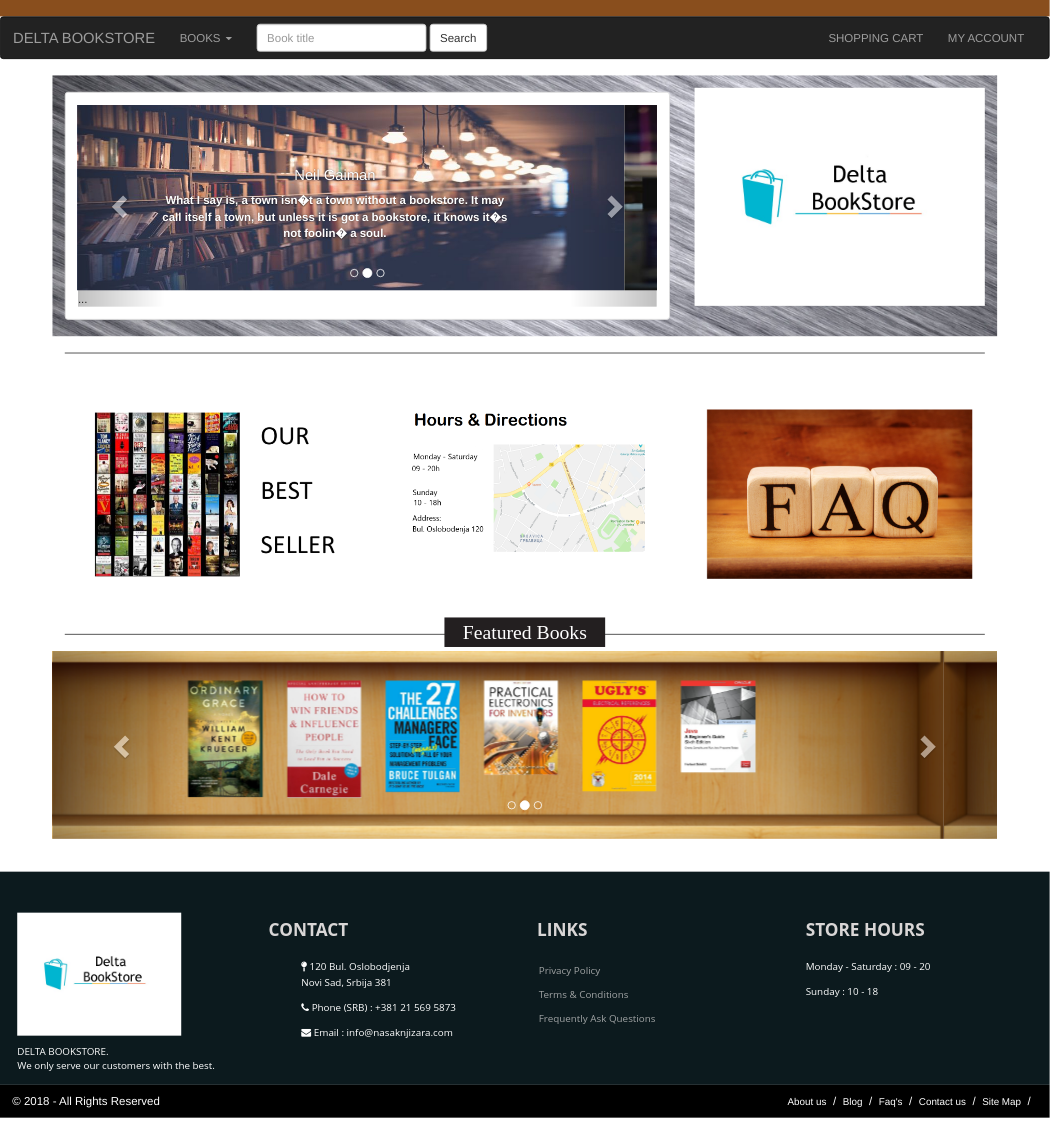
Repository: lazarsimic/bookstore
Page: http://localhost/index
These files come from the project's save history. The page is drawn as it stood at one moment and after the next save; the edit follows.
The browser window is 1280 px wide. The page is 1295 px wide, so the pictures cover 1295 px, including what lies to the right of the window. The pictures show the whole page, at 82% of full size.
The page is this project's Thymeleaf template; nobody is signed in. The template is opened directly, without the code that normally fills it, so the values that code supplies are empty.

Above is the page before, as saved 2018-10-31 13:55:39.

### Bookstore/src/main/resources/templates/index.html

<!DOCTYPE html>
<html lang="en" xmlns:th="http://www.w3.org/1000/xhtml">
<head th:replace="common/header :: common-header" />

<body>
	<div th:replace="common/header :: navbar" />

	<div class="container">
		<div class="row banner">
			<!-- carousel -->
			<div class="col-xs-8">
				<div class="panel panel-default" style="margin-top: 20px;">
					<div class="panel-body">
						<div id="carousel-example-generic" class="carousel slide"
							data-ride="carousel">
							<!-- Indicators -->
							<ol class="carousel-indicators">
								<li data-target="#carousel-example-generic" data-slide-to="0"
									class="active"></li>
								<li data-target="#carousel-example-generic" data-slide-to="1"></li>
								<li data-target="#carousel-example-generic" data-slide-to="2"></li>
							</ol>

							<!-- Wrapper for slides -->
							<div class="carousel-inner" role="listbox">
								<div class="item active">
									<img src="/image/slika18.jpg" alt="..." />
									<div class="carousel-caption">
										<h4>Neil Gaiman</h4>
										<p><strong>What I say is, a town isn’t a town without a bookstore.
											It may call itself a town, but unless it is got a bookstore,
											it knows it’s not foolin’ a soul.</strong></p>
									</div>
								</div>
								<div class="item">
									<img src="/image/slika19.jpg" alt="..." />
									<div class="carousel-caption">
										<h4>Agatha Christie</h4>
										<p><strong>It is clear that the books owned the shop rather than
											the other way about. Everywhere they had run wild and taken
											possession of their habitat, breeding and multiplying, and
											clearly lacking any strong hand to keep them down.</strong></p>
									</div>
								</div>
								<div class="item">
									<img src="/image/slika20.jpg" alt="..." />
									<div class="carousel-caption">
										<h4>Rachel Cohn</h4>
										<p><strong>We all just took the bookstore at its word, because if
											you couldn't trust a bookstore, what could you trust?</strong></p>
									</div>
								</div>
								...
							</div>

							<!-- Controls -->
							<a class="left carousel-control" href="#carousel-example-generic"
								role="button" data-slide="prev"> <span
								class="glyphicon glyphicon-chevron-left" aria-hidden="true"></span>
								<span class="sr-only">Previous</span>
							</a> <a class="right carousel-control"
								href="#carousel-example-generic" role="button" data-slide="next">
								<span class="glyphicon glyphicon-chevron-right"
								aria-hidden="true"></span> <span class="sr-only">Next</span>
							</a>
						</div>
					</div>
				</div>
			</div>
			<div class="col-xs-4">
				<a th:href="@{/}"><img src="/image/logo.png"
					class="img-responsive" /></a>
			</div>
		</div>

		<hr />

		<div class="row">
			<div class="col-xs-4">
				<div clas="panel panel-default">
					<div class="panel-body">
						<a th:href="@{/bookshelf}"><img src="/image/bestseller.png"
							class="img-responsive" /></a>
					</div>
				</div>
			</div>
			<div class="col-xs-4">
				<div clas="panel panel-default">
					<div class="panel-body">
						<a th:href="@{/hours}"><img src="/image/radnovr.png"
							class="img-responsive" /></a>
					</div>
				</div>
			</div>
			<div class="col-xs-4">
				<div clas="panel panel-default">
					<div class="panel-body">
						<a th:href="@{/faq}"><img src="/image/faq.png"
							class="img-responsive" /></a>
					</div>
				</div>
			</div>
		</div>

		<div>
			<div class="home-headline">
				<span>Featured Books</span>
			</div>
			<hr style="margin-top: -15px;" />
		</div>


		<div class="row">
			<div id="featured-books" class="carousel slide" data-ride="carousel">
				<!-- Indicators -->
				<ol class="carousel-indicators">
					<li data-target="#featured-books" data-slide-to="0" class="active"></li>
					<li data-target="#featured-books" data-slide-to="1"></li>
					<li data-target="#featured-books" data-slide-to="2"></li>
				</ol>

				<!-- Wrapper for slides -->
				<div class="carousel-inner" role="listbox">
					<div class="item active">
						<img src="/image/shelf.png" class="img-responsive" />
						<div class="carousel-caption">
							<div class="row">
								<div class="col-xs-2">
									<a th:href="@{/bookshelf}"><img class="img-responsive" src="/image/books/11.png" /></a>
								</div>
								<div class="col-xs-2">
									<a th:href="@{/bookshelf}"><img class="img-responsive" src="/image/books/7.png" /></a>
								</div>
								<div class="col-xs-2">
									<a th:href="@{/bookshelf}"><img class="img-responsive" src="/image/books/8.png" /></a>
								</div>
								<div class="col-xs-2">
									<a th:href="@{/bookshelf}">	<img class="img-responsive" src="/image/books/9.png" /></a>
								</div>
								<div class="col-xs-2">
									<a th:href="@{/bookshelf}">	<img class="img-responsive" src="/image/books/10.png" /></a>
								</div>
								<div class="col-xs-2">
									<a th:href="@{/bookshelf}">	<img class="img-responsive" src="/image/books/12.png" /></a>
								</div>
							</div>
						</div>
					</div>
					<div class="item">
						<img src="/image/shelf.png" class="img-responsive" />
						<div class="carousel-caption">
							<div class="row">
								<div class="col-xs-2">
									<a th:href="@{/bookshelf}"><img class="img-responsive" src="/image/books/3.png" /></a>
								</div>
								<div class="col-xs-2">
									<a th:href="@{/bookshelf}"><img class="img-responsive" src="/image/books/9.png" /></a>
								</div>
								<div class="col-xs-2">
									<a th:href="@{/bookshelf}"><img class="img-responsive" src="/image/books/12.png" /></a>
								</div>
								<div class="col-xs-2">
									<a th:href="@{/bookshelf}"><img class="img-responsive" src="/image/books/4.png" /></a>
								</div>
								<div class="col-xs-2">
									<a th:href="@{/bookshelf}"><img class="img-responsive" src="/image/books/6.png" /></a>
								</div>
								<div class="col-xs-2">
									<a th:href="@{/bookshelf}"><img class="img-responsive" src="/image/books/2.png" /></a>
								</div>
							</div>
						</div>
					</div>
					<div class="item">
						<img src="/image/shelf.png" class="img-responsive" />
						<div class="carousel-caption">
							<div class="row">
								<div class="col-xs-2">
									<a th:href="@{/bookshelf}"><img class="img-responsive" src="/image/books/1.png" /></a>
								</div>
								<div class="col-xs-2">
									<a th:href="@{/bookshelf}"><img class="img-responsive" src="/image/books/2.png" /></a>
								</div>
								<div class="col-xs-2">
									<a th:href="@{/bookshelf}"><img class="img-responsive" src="/image/books/3.png" /></a>
								</div>
								<div class="col-xs-2">
									<a th:href="@{/bookshelf}"><img class="img-responsive" src="/image/books/4.png" /></a>
								</div>
								<div class="col-xs-2">
									<a th:href="@{/bookshelf}"><img class="img-responsive" src="/image/books/5.png" /></a>
								</div>
								<div class="col-xs-2">
									<a th:href="@{/bookshelf}"><img class="img-responsive" src="/image/books/6.png" /></a>
								</div>
							</div>
						</div>
					</div>
				</div>

				<!-- Controls -->
				<a class="left carousel-control" href="##featured-books"
					role="button" data-slide="prev"> <span
					class="glyphicon glyphicon-chevron-left" aria-hidden="true"></span>
					<span class="sr-only">Previous</span>
				</a> <a class="right carousel-control" href="##featured-books"
					role="button" data-slide="next"> <span
					class="glyphicon glyphicon-chevron-right" aria-hidden="true"></span>
					<span class="sr-only">Next</span>
				</a>
			</div>
		</div>

	</div>
	<!-- end of container -->

	<div th:replace="common/header :: footer" />
	<div th:replace="common/header :: body-bottom-scripts" />
</body>
</html>

### Bookstore/src/main/resources/templates/common/header.html
<!DOCTYPE html>
<html lang="en" xmlns:th="http://www.w3.org/1999/xhtml" xmlns:sec="http://www.w3.org/1999/xhtml">
<head th:fragment="common-header">
<meta charset="utf-8" />
<meta http-equiv="X-UA-Compatible" content="IE=edge" />

<title>Delta Bookstore</title>

<!-- Bootstrap core CSS -->
<link href="/css/bootstrap.min.css" rel="stylesheet" />

<link href="/css/non-responsive.css" rel="stylesheet" />

<!-- data table -->
<link th:href="@{/css/jquery.dataTables.min.css}" rel="stylesheet" />
<link th:href="@{/css/dataTables.bootstrap.min.css}" rel="stylesheet" />

<link th:href="@{/css/font-awesome.min.css}" rel="stylesheet" />

<!-- Custom styles for this template -->
<link href="/css/style.css" rel="stylesheet" />

<link rel="icon" href="/image/applie-touch-icon.png" />
</head>

<body>
	<div th:fragment="navbar">
		<div class="page-top"
			style="width: 100%; height: 20px; background-color: #894e1d;"></div>
		<!-- Static navbar -->
		<nav class="navbar navbar-default navbar-inverse">
			<div class="container-fluid">
				<div class="navbar-header">
					<a class="navbar-brand" th:href="@{/}">DELTA BOOKSTORE</a>
				</div>
				<div id="navbar">
					<ul class="nav navbar-nav navbar-left">
						<li class="dropdown"><a th:href="@{/bookshelf}" class="dropdown-toggle"
							data-toggle="dropdown" role="button" aria-haspopup="true"
							aria-expanded="false">BOOKS <span class="caret"></span></a>
							<ul class="dropdown-menu">
								<li><a th:href="@{/bookshelf}">Browse the bookshelf</a></li>
								<li><a th:href="@{/hours}">Store hours &#38; Directions</a></li>
								<li><a th:href="@{/faq}">FAQ</a></li>

							</ul></li>
						<form class="navbar-form" th:action="@{/searchBook}" method="post">
							<div class="form-group">
								<input type="text" name="keyword" class="form-control"
									placeholder="Book title" />
							</div>
							<button type="submit" class="btn btn-default">Search</button>
						</form>
					</ul>
					<ul class="nav navbar-nav navbar-right">
						<li><a th:href="@{/shoppingCart/cart}">SHOPPING CART</a></li>
						<li><a sec:authorize="isAnonymous()" th:href="@{/login}">MY ACCOUNT</a></li>
						<li><a sec:authorize="isAuthenticated()" th:href="@{/myProfile}">MY ACCOUNT</a></li>
						<li><a sec:authorize="isAuthenticated()" th:href="@{/logout}">LOGOUT</a></li>
					</ul>
				</div>
				<!--/.nav-collapse -->
			</div>
			<!--/.container-fluid -->
		</nav>
	</div>

	<div th:fragment="footer">
		<br/><br/>
		<footer>
			<div class="row">
				<div class="col-xs-3 footerleft">
					<div class="logofooter">
						<a th:href="@{/}"><img class="img-responsive" src="/image/logo.png" style="width:200px;" /></a>
					</div>
					<p>DELTA BOOKSTORE. <br/>We only serve our customers with the best.</p>
				</div>
				<div class="col-xs-3 paddingtop-bottom">
					<h6 class="heading7">CONTACT</h6>
					<ul class="post">
						<p><i class="fa fa-map-pin"></i> 120 Bul. Oslobodjenja<br/>Novi Sad, Srbija 381</p>
						<p><i class="fa fa-phone"></i> Phone (SRB) : +381 21 569 5873</p>
						<p><i class="fa fa-envelope"></i> Email : info@nasaknjizara.com</p>
					</ul>
				</div>
				<div class="col-xs-3 paddingtop-bottom">
					<h6 class="heading7">LINKS</h6>
					<ul class="footer-ul">
						<li><a href="#"> Privacy Policy</a></li>
						<li><a href="#">Terms &#38; Conditions</a></li>
						<li><a href="#">Frequently Ask Questions</a></li>
					</ul>
				</div>
				<div class="col-xs-3 paddingtop-bottom">
					<h6 class="heading7">STORE HOURS</h6>
					<div class="post">
						<p>Monday - Saturday : 09 - 20</p>
						<p>Sunday : 10 - 18</p>
					</div>
				</div>
			</div>
		</footer>

		<div class="copyright">
			<div class="col-md-6">
			<p>© 2018 - All Rights Reserved</p>
			</div>
			<div class="col-md-6">
				<ul class="bottom_ul">
					<li><a href="#">About us</a></li>
					<li><a href="#">Blog</a></li>
					<li><a href="#">Faq's</a></li>
					<li><a href="#">Contact us</a></li>
					<li><a href="#">Site Map</a></li>
				</ul>
			</div>
		</div>
	</div>

	<div th:fragment="body-bottom-scripts">
	<script th:src="@{/js/jquery.min.js}"></script>
	<script th:src="@{/js/bootstrap.min.js}"></script>

	<script th:src="@{/js/scripts.js}"></script>

	<!-- data table -->
		<script th:src="@{/js/jquery.dataTables.min.js}"></script>
		<script th:src="@{/js/dataTables.bootstrap.min.js}"></script>
	</div>
</body>
</html>

### Bookstore/src/main/resources/static/css/non-responsive.css
/* Template-specific stuff
 *
 * Customizations just for the template; these are not necessary for anything
 * with disabling the responsiveness.
 */

/* Account for fixed navbar */
body {
  padding-top: 70px;
  padding-bottom: 30px;
}

body,
.navbar-fixed-top,
.navbar-fixed-bottom {
  min-width: 970px;
}

/* Don't let the lead text change font-size. */
.lead {
  font-size: 16px;
}

/* Finesse the page header spacing */
.page-header {
  margin-bottom: 30px;
}
.page-header .lead {
  margin-bottom: 10px;
}


/* Non-responsive overrides
 *
 * Utilize the following CSS to disable the responsive-ness of the container,
 * grid system, and navbar.
 */

/* Reset the container */
.container {
  width: 970px;
  max-width: none !important;
}

/* Demonstrate the grids */
.col-xs-4 {
  padding-top: 15px;
  padding-bottom: 15px;
  /*background-color: #eee;*/
  /*background-color: rgba(86,61,124,.15);*/
  /*border: 1px solid #ddd;*/
  /*border: 1px solid rgba(86,61,124,.2);*/
}

.container .navbar-header,
.container .navbar-collapse {
  margin-right: 0;
  margin-left: 0;
}

/* Always float the navbar header */
.navbar-header {
  float: left;
}

/* Undo the collapsing navbar */
.navbar-collapse {
  display: block !important;
  height: auto !important;
  padding-bottom: 0;
  overflow: visible !important;
  visibility: visible !important;
}

.navbar-toggle {
  display: none;
}
.navbar-collapse {
  border-top: 0;
}

.navbar-brand {
  margin-left: -15px;
}

/* Always apply the floated nav */
.navbar-nav {
  float: left;
  margin: 0;
}
.navbar-nav > li {
  float: left;
}
.navbar-nav > li > a {
  padding: 15px;
}

/* Redeclare since we override the float above */
.navbar-nav.navbar-right {
  float: right;
}

/* Undo custom dropdowns */
.navbar .navbar-nav .open .dropdown-menu {
  position: absolute;
  float: left;
  background-color: #fff;
  border: 1px solid #ccc;
  border: 1px solid rgba(0, 0, 0, .15);
  border-width: 0 1px 1px;
  border-radius: 0 0 4px 4px;
  -webkit-box-shadow: 0 6px 12px rgba(0, 0, 0, .175);
          box-shadow: 0 6px 12px rgba(0, 0, 0, .175);
}
.navbar-default .navbar-nav .open .dropdown-menu > li > a {
  color: #333;
}
.navbar .navbar-nav .open .dropdown-menu > li > a:hover,
.navbar .navbar-nav .open .dropdown-menu > li > a:focus,
.navbar .navbar-nav .open .dropdown-menu > .active > a,
.navbar .navbar-nav .open .dropdown-menu > .active > a:hover,
.navbar .navbar-nav .open .dropdown-menu > .active > a:focus {
  color: #fff !important;
  background-color: #428bca !important;
}
.navbar .navbar-nav .open .dropdown-menu > .disabled > a,
.navbar .navbar-nav .open .dropdown-menu > .disabled > a:hover,
.navbar .navbar-nav .open .dropdown-menu > .disabled > a:focus {
  color: #999 !important;
  background-color: transparent !important;
}

/* Undo form expansion */
.navbar-form {
  float: left;
  width: auto;
  padding-top: 0;
  padding-bottom: 0;
  margin-right: 0;
  margin-left: 0;
  border: 0;
  -webkit-box-shadow: none;
          box-shadow: none;
}

/* Copy-pasted from forms.less since we mixin the .form-inline styles. */
.navbar-form .form-group {
  display: inline-block;
  margin-bottom: 0;
  vertical-align: middle;
}

.navbar-form .form-control {
  display: inline-block;
  width: auto;
  vertical-align: middle;
}

.navbar-form .form-control-static {
  display: inline-block;
}

.navbar-form .input-group {
  display: inline-table;
  vertical-align: middle;
}

.navbar-form .input-group .input-group-addon,
.navbar-form .input-group .input-group-btn,
.navbar-form .input-group .form-control {
  width: auto;
}

.navbar-form .input-group > .form-control {
  width: 100%;
}

.navbar-form .control-label {
  margin-bottom: 0;
  vertical-align: middle;
}

.navbar-form .radio,
.navbar-form .checkbox {
  display: inline-block;
  margin-top: 0;
  margin-bottom: 0;
  vertical-align: middle;
}

.navbar-form .radio label,
.navbar-form .checkbox label {
  padding-left: 0;
}

.navbar-form .radio input[type="radio"],
.navbar-form .checkbox input[type="checkbox"] {
  position: relative;
  margin-left: 0;
}

.navbar-form .has-feedback .form-control-feedback {
  top: 0;
}

/* Undo inline form compaction on small screens */
.form-inline .form-group {
  display: inline-block;
  margin-bottom: 0;
  vertical-align: middle;
}

.form-inline .form-control {
  display: inline-block;
  width: auto;
  vertical-align: middle;
}

.form-inline .form-control-static {
  display: inline-block;
}

.form-inline .input-group {
  display: inline-table;
  vertical-align: middle;
}
.form-inline .input-group .input-group-addon,
.form-inline .input-group .input-group-btn,
.form-inline .input-group .form-control {
  width: auto;
}

.form-inline .input-group > .form-control {
  width: 100%;
}

.form-inline .control-label {
  margin-bottom: 0;
  vertical-align: middle;
}

.form-inline .radio,
.form-inline .checkbox {
  display: inline-block;
  margin-top: 0;
  margin-bottom: 0;
  vertical-align: middle;
}
.form-inline .radio label,
.form-inline .checkbox label {
  padding-left: 0;
}

.form-inline .radio input[type="radio"],
.form-inline .checkbox input[type="checkbox"] {
  position: relative;
  margin-left: 0;
}

.form-inline .has-feedback .form-control-feedback {
  top: 0;
}

### Bookstore/src/main/resources/static/css/style.css
body {

}

hr {
	border: none;
	height: 1px;
	color: #333;
	background-color: #333;
}

.container {
	width: 90%;
}

.banner{
	background-image: url("/image/bgline.png");

}


.page-top {
	margin-top: -70px;
}

.navbar {
  margin-bottom: 20px;
}


.box {
	border: 1px solid red;
}

.home-headline{
	font-family: 'Times New Roman', Times, serif;
	font-size:24px;
	color: #fff;
	margin: auto;
	text-align: center;
	margin-top: -13px;
}

.home-headline span {
	background-color: #231F20;
    padding: 5px 22px;

}

.section-headline {
	font-family: 'Times New Roman', Times, serif;
	font-size:24px;
	color: #fff;
	margin: auto;
	text-align: center;
	margin-top: 90px;
}

.section-headline span {

    padding: 5px 22px;

}

footer {
    background-color: #0c1a1e;
    min-height: 250px;
    font-family: 'Open Sans', sans-serif;
}

.footerleft {
    margin-top: 50px;
    padding: 0 36px;
}

.logofooter {
    margin-bottom: 10px;
    font-size: 25px;
    color: #fff;
    font-weight: 700;
}

.footerleft p {
    color: #fff;
    font-size: 12px !important;
    font-family: 'Open Sans', sans-serif;
    margin-bottom: 15px;
}

.footerleft p i {
    width: 20px;
    color: #999;
}

.paddingtop-bottom {
    margin-top: 50px;
}

.footer-ul {
    list-style-type: none;
    padding-left: 0px;
    margin-left: 2px;
}

.footer-ul li {
    line-height: 29px;
    font-size: 12px;
}

.footer-ul li a {
    color: #a0a3a4;
    transition: color 0.2s linear 0s, background 0.2s linear 0s;
}

.footer-ul i {
    margin-right: 10px;
}

.footer-ul li a:hover {
    transition: color 0.2s linear 0s, background 0.2s linear 0s;
    color: #ff670f;
}

.icon-ul {
    list-style-type: none !important;
    margin: 0px;
    padding: 0px;
}

.icon-ul li {
    line-height: 75px;
    width: 100%;
    float: left;
}

.icon {
    float: left;
    margin-right: 5px;
}

.copyright {
    min-height: 40px;
    background-color: #000000;
}

.copyright p {
    text-align: left;
    color: #FFF;
    padding: 10px 0;
    margin-bottom: 0px;
}

.heading7 {
    font-size: 21px;
    font-weight: 700;
    color: #d9d6d6;
    margin-bottom: 22px;
}

.post p {
    font-size: 12px;
    color: #FFF;
    line-height: 20px;
}

.post p span {
    display: block;
    color: #8f8f8f;
}

.bottom_ul {
    list-style-type: none;
    float: right;
    margin-bottom: 0px;
}

.bottom_ul li {
    float: left;
    line-height: 40px;
}

.bottom_ul li:after {
    content: "/";
    color: #FFF;
    margin-right: 8px;
    margin-left: 8px;
}

.bottom_ul li a {
    color: #FFF;
    font-size: 12px;
}

### Bookstore/src/main/resources/static/js/scripts.js
/**
 *
 */

function checkBillingAddress() {
	if($("#theSameAsShippingAddress").is(":checked")) {
		$(".billingAddress").prop("disabled", true);
	} else {
		$(".billingAddress").prop("disabled", false);
	}
}

function checkPasswordMatch() {
	var password = $("#txtNewPassword").val();
	var confirmPassword = $("#txtConfirmPassword").val();

	if(password == "" && confirmPassword =="") {
		$("#checkPasswordMatch").html("");
		$("#updateUserInfoButton").prop('disabled', false);
	} else {
		if(password != confirmPassword) {
			$("#checkPasswordMatch").html("Passwords do not match!");
			$("#updateUserInfoButton").prop('disabled', true);
		} else {
			$("#checkPasswordMatch").html("Passwords match");
			$("#updateUserInfoButton").prop('disabled', false);
		}
	}
}

$(document).ready(function(){
	$(".cartItemQty").on('change', function(){
		var id=this.id;

		$('#update-item-'+id).css('display', 'inline-block');
	});
	$("#theSameAsShippingAddress").on('click', checkBillingAddress);
	$("#txtConfirmPassword").keyup(checkPasswordMatch);
	$("#txtNewPassword").keyup(checkPasswordMatch);
});

Loaded but not shown: Bookstore/src/main/resources/static/css/bootstrap.min.css (library); Bookstore/src/main/resources/static/css/jquery.dataTables.min.css (library); Bookstore/src/main/resources/static/css/dataTables.bootstrap.min.css (library); Bookstore/src/main/resources/static/css/font-awesome.min.css (library); Bookstore/src/main/resources/static/js/jquery.min.js (library); Bookstore/src/main/resources/static/js/bootstrap.min.js (library); Bookstore/src/main/resources/static/js/jquery.dataTables.min.js (library); Bookstore/src/main/resources/static/js/dataTables.bootstrap.min.js (common file)

After the next save:
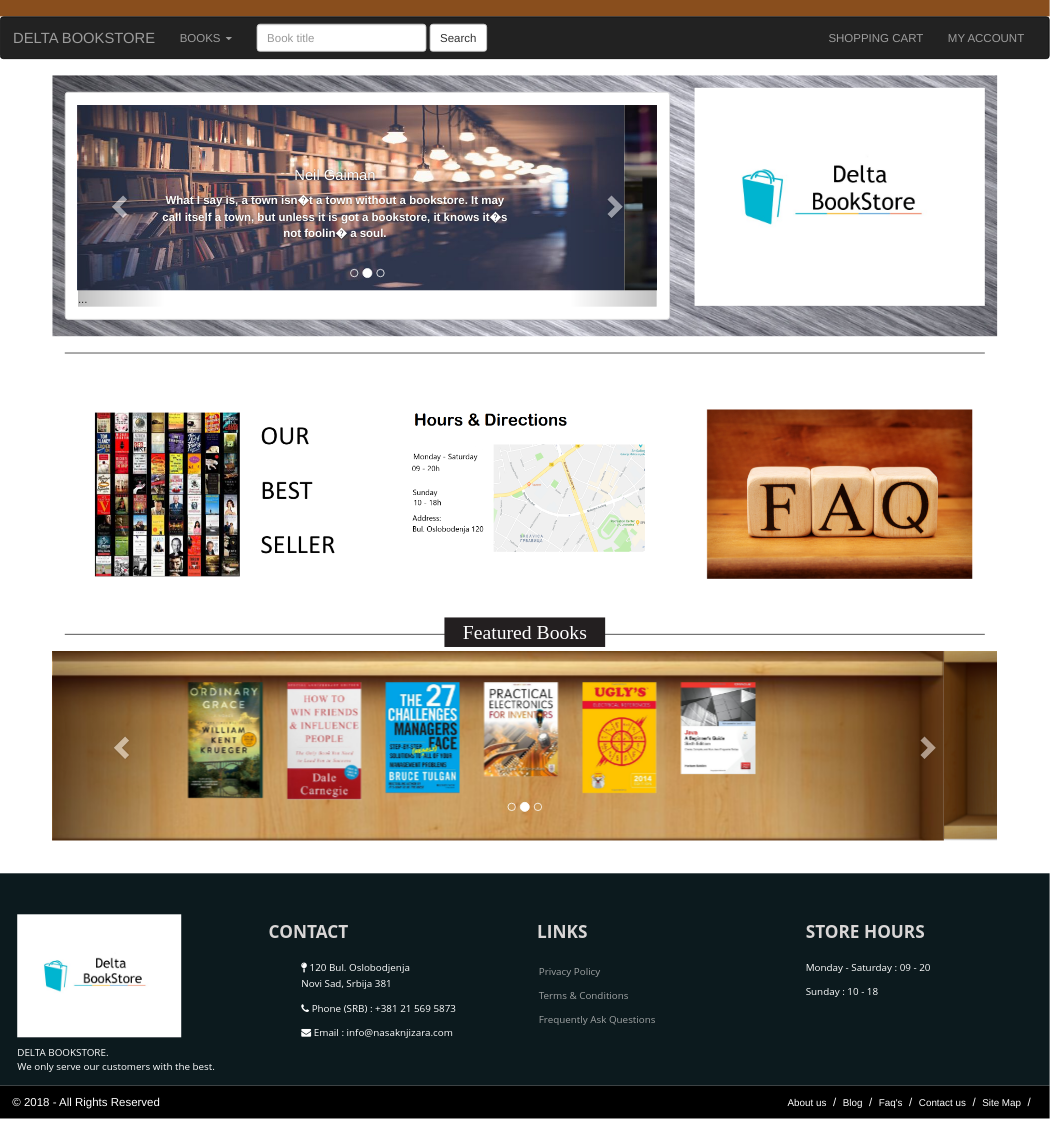
Saved 8 min 23 s later.
--- a/Bookstore/src/main/resources/templates/index.html
+++ b/Bookstore/src/main/resources/templates/index.html
@@ -123,7 +123,7 @@
 				<!-- Wrapper for slides -->
 				<div class="carousel-inner" role="listbox">
 					<div class="item active">
-						<img src="/image/shelf.png" class="img-responsive" />
+						<img src="/image/bookshelf.png" class="img-responsive" />
 						<div class="carousel-caption">
 							<div class="row">
 								<div class="col-xs-2">
